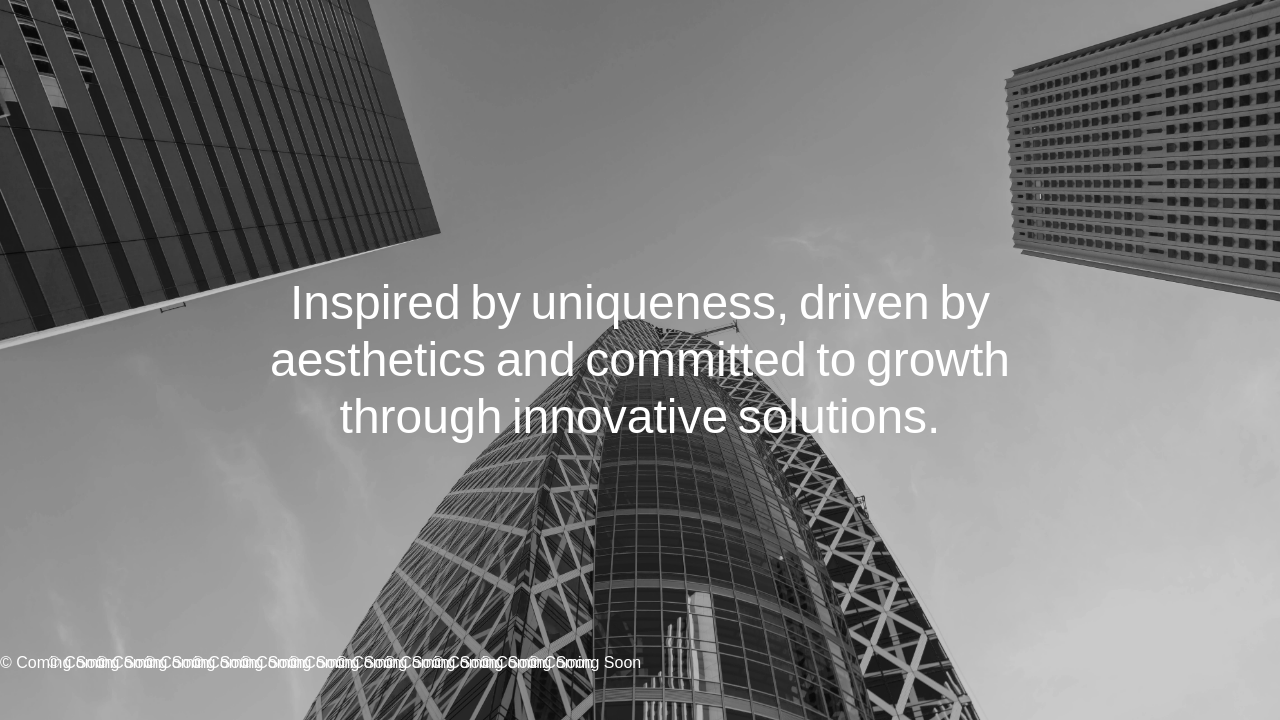
Repository: leswisss/comingsoon
Page: /
The author's editor kept a copy of each file at every save. The page is drawn from the files as they stood at one save, then again after a run of saves.
The browser window is 1280 px wide. The pictures show the whole page.
Some web fonts or font styles are not loaded; a fallback is used. The project was rebuilt for these pictures with package versions that can differ from the ones it lists, and the page was loaded fresh each time. The framework's server and built-in components were replaced by stand-ins that run in the browser. Also part of the build but not shown: next.config.mjs.

Above is the page before, as saved 2024-06-16 15:21:33.

### app/layout.tsx
import type { Metadata } from "next";
import localFont from "next/font/local";
import "../styles/globals.scss";

const regular = localFont({
  src: "./SF-Pro-Display-Regular.ttf",
  display: "swap",
  variable: "--regular-font",
});

const medium = localFont({
  src: "./SF-Pro-Display-Medium.ttf",
  display: "swap",
  variable: "--medium-font",
});

const semibold = localFont({
  src: "./SF-Pro-Display-Semibold.ttf",
  display: "swap",
  variable: "--semibold-font",
});

const italic = localFont({
  src: "./BigCaslonFB-Italic.ttf",
  display: "swap",
  variable: "--italic-font",
});

export const metadata: Metadata = {
  title: "Better Marque - Branding Agency",
  description: "Generated by create next app",
};

export default function RootLayout({
  children,
}: Readonly<{
  children: React.ReactNode;
}>) {
  return (
    <html lang="en">
      <body
        className={`${italic.variable} ${regular.variable} ${medium.variable} ${semibold.variable}`}
      >
        {children}
      </body>
    </html>
  );
}

### app/page.tsx
import { HomePageWrapper } from "@/components";

export default function Home() {
  return (
    <main>
      <HomePageWrapper/>
    </main>
  );
}

### styles/globals.scss
/*=============== VARIABLES SCSS ===============*/
:root {
  --header-height: 6rem;
  --white: white;
  --black: black;
  --grey: #535353;


  /*========== Font and typography ==========*/
  /*.5rem = 8px | 1rem = 16px ...*/
  // --body-font: 'Montserrat', sans-serif;

  --h1-font-size: 3rem;
  --h2-font-size: 2rem;
  --normal-font-size: 1rem;
  --small-font-size: .94rem;
}

/* Responsive typography */
@media screen and (max-width: 1088px) {
  :root {
    --h1-font-size: 2.75rem;
    --h2-font-size: 1.8rem;
    --normal-font-size: 0.96rem;
    --small-font-size: .90rem;
  }
}

@media screen and (max-width: 628px) {
  :root {
    --h1-font-size: 2.5rem;
    --h2-font-size: 1.5rem;
    --normal-font-size: 0.92rem;
    --small-font-size: 0.85rem;
  }
}

/*=============== BASE ===============*/
* {
  box-sizing: border-box;
  padding: 0;
  margin: 0;
  scrollbar-width: none;

  &::-webkit-scrollbar{
    display: none;
  }

}

html {
  scroll-behavior: auto;
  height: auto;
}

body{
  font-family: var(--regular-font);
  font-size: var(--normal-font-size);
  background-color: black;
  color: var(--white);
}


ul {
  list-style: none;
}

a {
  text-decoration: none;
}

img {
  max-width: 100%;
  height: auto;
}


/*=============== REUSABLE CSS CLASSES ===============*/
.container {
  max-width: 1450px;
  margin: 0 auto;
}

.main {
  overflow: hidden;
}


@media screen and (max-width: 1450px) {
  .container {
    max-width: 100%;
    margin: 0 3rem;
  }
}


@media screen and (max-width: 1088px) {
  .container {
    max-width: 100%;
    margin: 0 2rem;
  }
}


@media screen and (max-width: 628px) {
  .container {
    max-width: 100%;
    margin: 0 1rem;
  }
}

### components/index.tsx
import HomePageWrapper from "./HomePageWrapper";
import HeroSection from "./HeroSection";

export {
  HomePageWrapper,
  HeroSection
}

### components/HomePageWrapper.tsx
import React from 'react'
import HeroSection from './HeroSection'

const HomePageWrapper = () => {
  return (
    <>
    <HeroSection />
    </>
  )
}

export default HomePageWrapper

### components/HeroSection.tsx
"use client";

import React, { useEffect, useRef } from "react";
import Marquee from "./Marquee";
import Image from "next/image";
import IMAGE from "../public/background.jpg";
import styles from "../styles/hero.module.scss";

const HeroSection = () => {
  const slogan =
    "Inspired by uniqueness, driven by aesthetics and committed to growth through innovative solutions.";
  const refs = useRef<HTMLSpanElement[]>([]);

  const splitwords = () => {
    let body: JSX.Element[] = [];
    slogan.split(" ").forEach((word, i) => {
      const cleanWord = word.replace(/[.,]/g, "");

      if (["uniqueness", "aesthetics", "growth"].includes(cleanWord)) {
        body.push(
          <p
            key={`word-${i}`}
            className={`${styles.word_wrapper} ${styles.italic}`}
          >
            <span
              className={styles.word}
              ref={(el) => {
                if (el) refs.current.push(el);
              }}
            >
              {word}
            </span>
          </p>
        );
      } else {
        body.push(
          <p key={`word-${i}`} className={styles.word_wrapper}>
            <span
              className={styles.word}
              ref={(el) => {
                if (el) refs.current.push(el);
              }}
            >
              {word}
            </span>
          </p>
        );
      }
    });

    return body;
  };


  return (
    <section className={styles.hero}>
      <div className={styles.hero_image}>
        <Image src={IMAGE} fill quality={100} alt="Better Marque" />
      </div>
      <div className={styles.text}>{splitwords()}</div>
      <div className={styles.marquee}>
        <Marquee />
      </div>
    </section>
  );
};

export default HeroSection;

### components/Marquee.tsx
import React from 'react'
import styles from "../styles/marquee.module.scss"

const Marquee = () => {
  return (
    <div className={styles.slider}>
      <div className={styles.coming__wrapper}>
        <p className={styles.soon}>© Coming Soon</p>
        <p className={styles.soon}>© Coming Soon</p>
        <p className={styles.soon}>© Coming Soon</p>
        <p className={styles.soon}>© Coming Soon</p>
        <p className={styles.soon}>© Coming Soon</p>
        <p className={styles.soon}>© Coming Soon</p>
      </div>
      <div className={styles.coming__wrapper}>
        <p className={styles.soon}>© Coming Soon</p>
        <p className={styles.soon}>© Coming Soon</p>
        <p className={styles.soon}>© Coming Soon</p>
        <p className={styles.soon}>© Coming Soon</p>
        <p className={styles.soon}>© Coming Soon</p>
        <p className={styles.soon}>© Coming Soon</p>
      </div>
    </div>
  )
}

export default Marquee

### styles/hero.module.scss
.hero{
  width: 100vw;
  height: 100vh;
  overflow: hidden;
  position: relative;
}

.hero_image{
  width: 100vw;
  height: 100vh;
  position: relative;

  img{
    object-fit: cover;
    filter: brightness(0.8);
  }
}

.text{
  position: absolute;
  color: white;
  z-index: 1;
  width: max-content;
  height: max-content;
  top: 50%;
  left: 50%;
  transform: translate(-50%, -50%);
  display: flex;
  flex-wrap: wrap;
  width: 55rem;
  text-align: center;
  justify-content: center;
  align-items: center;

  .word_wrapper{
    font-size: var(--h1-font-size);
    overflow: hidden;
    width: auto;
    height: 56.8px;
    padding: 0 0.3rem;

    &.italic{
      font-family: var(--italic-font);
    }

    .word{
      position: relative;
      top: 0%; // What i will be animating with gsap
    }
  }
}

.marquee{
  position: absolute;
  width: 100%;
  height: max-content;
  bottom: 3rem;
  left: 0;
  z-index: 1;
}

### styles/marquee.module.scss
.slider{
  position: relative;
  white-space: nowrap;
  display: flex;
}

.coming__wrapper{
  display: flex;
  white-space: nowrap;
  flex-wrap: nowrap;

  .soon{
    max-width: 3rem;
  }
}

After the next 2 saves:
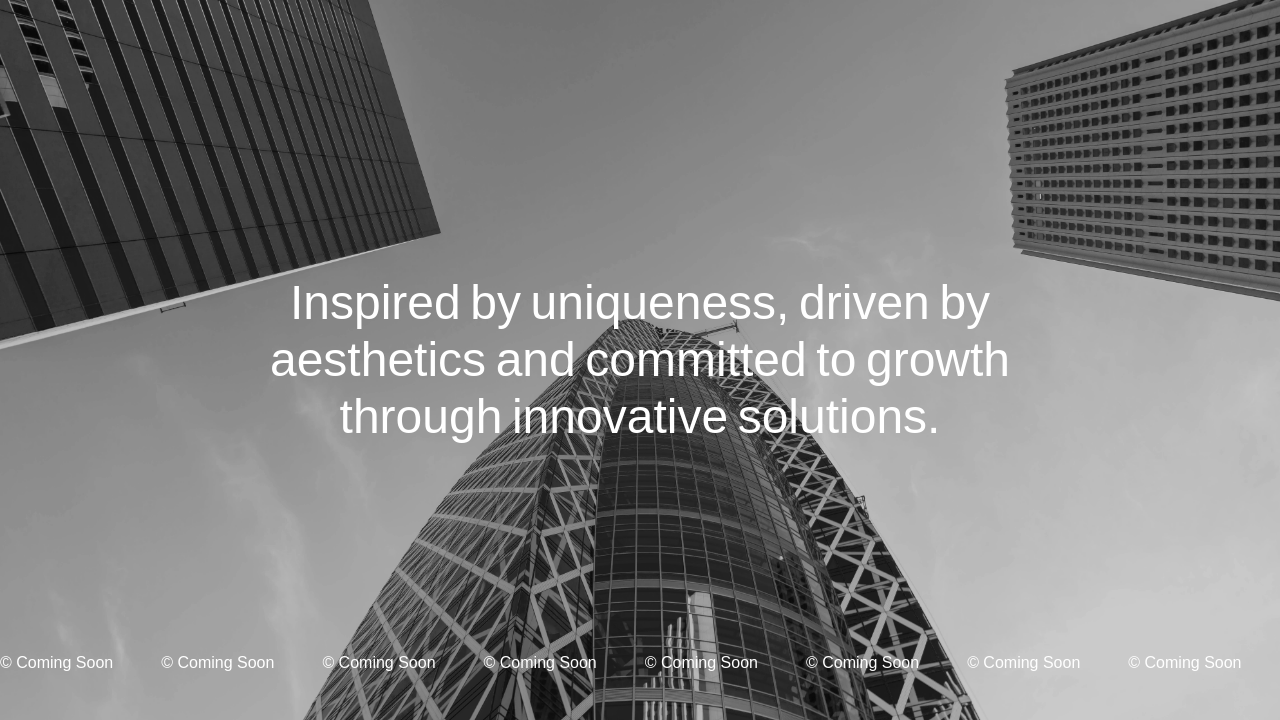
The 2 saves are shown as one change because they came seconds apart.
The last was saved 8 s later.
--- a/styles/marquee.module.scss
+++ b/styles/marquee.module.scss
@@ -10,6 +10,6 @@
   flex-wrap: nowrap;
 
   .soon{
-    max-width: 3rem;
+    margin-right: 3rem;
   }
 }
